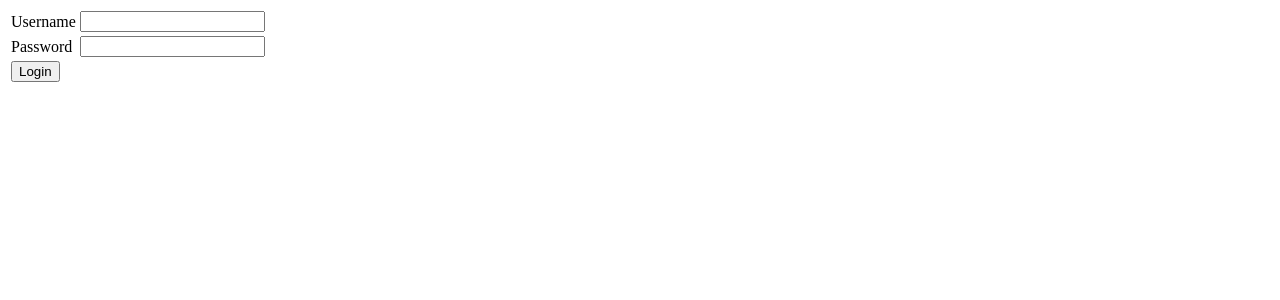
Repository: LingWenXing/java-fundamentals
Page: BankApplicationSystem/src/main/webapp/loginPage.html
An editor plug-in stored every save of this project. The page is shown before and after the next save, followed by the edit.
The browser window is 1280 px wide. The pictures show the whole page.

Above is the page before, as saved 2022-04-15 04:28:19.

After the next save:
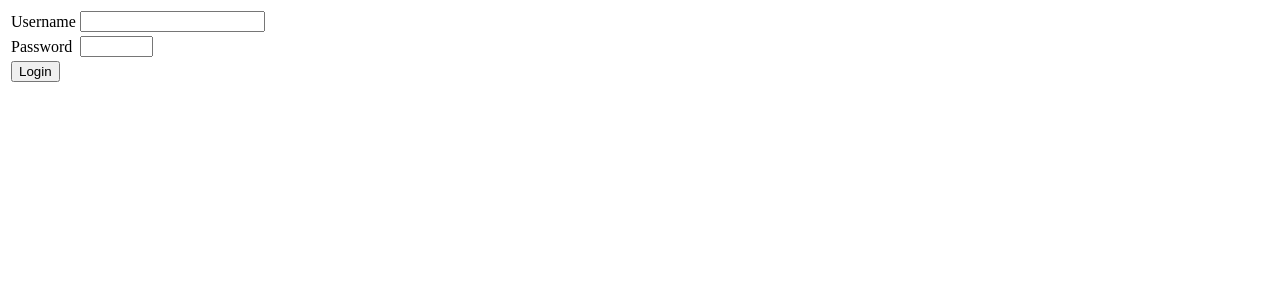
Saved 2 min 41 s later.
--- a/BankApplicationSystem/src/main/webapp/loginPage.html
+++ b/BankApplicationSystem/src/main/webapp/loginPage.html
@@ -2,18 +2,18 @@
 <html>
 <head>
 <meta charset="ISO-8859-1">
-<title>Insert title here</title>
+<title>WHYK Bank | Singapore</title>
 </head>
 <body>
 	<form action="/BankApplicationSystem/Login">
 		<table>
 			<tr>
 				<td>Username</td>
-				<td><input type="text" name="un"></td>
+				<td><input type="text" name="username"></td>
 			</tr>
 			<tr>
 				<td>Password</td>
-				<td><input type="password" name="pwd"></td>
+				<td><input type="password" name="password" size='6'></td>
 			</tr>
 			<tr>
 				<td><input type="submit" value="Login"></td>
